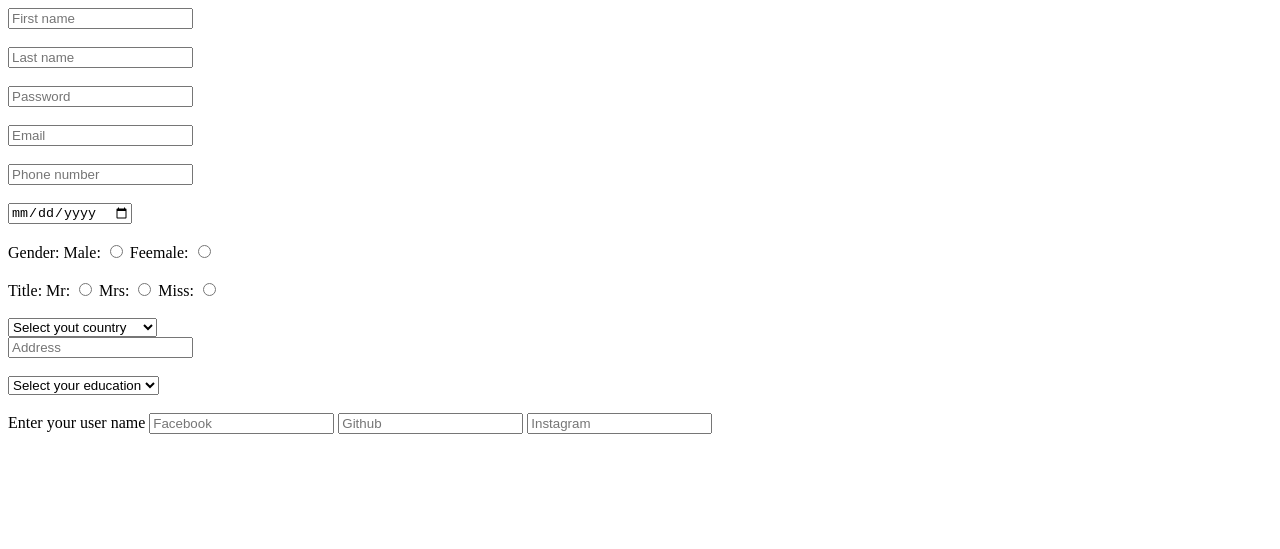
Repository: Haakim19/web-dev
Page: http://localhost/form2/index.php
These files come from the project's save history. The page is drawn as it stood at one moment and after the next save; the edit follows.
The browser window is 1280 px wide. The pictures show the whole page.
The page is run by PHP 8.4 with error messages shown; the project is at /var/www/html/.

Above is the page before, as saved 2024-06-06 18:39:24.

After the next save:
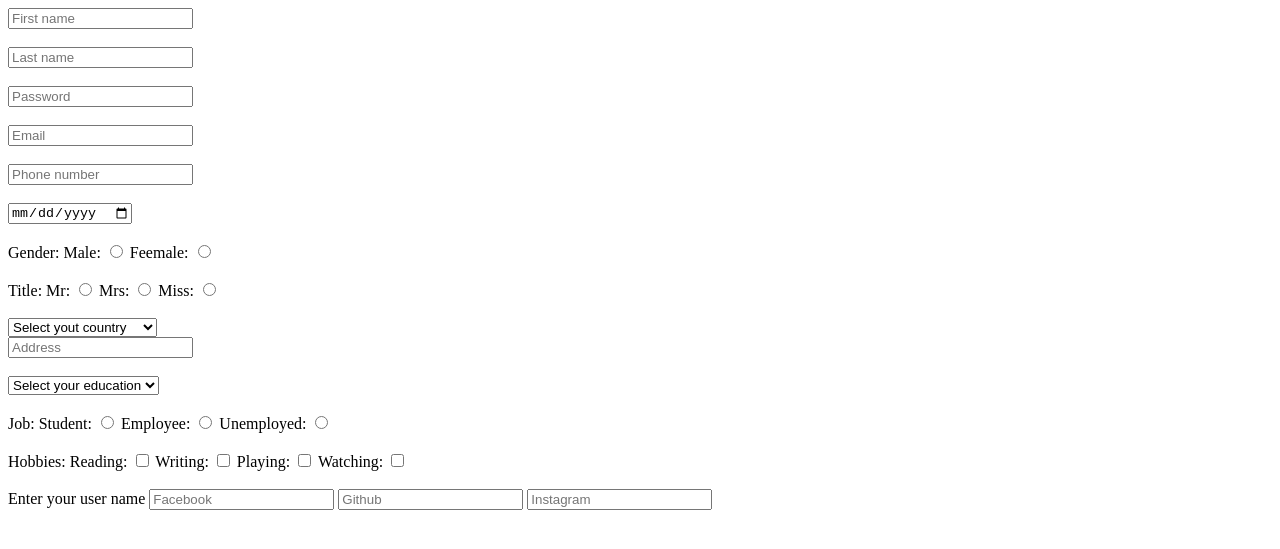
Saved 36 s later.
--- a/form2/index.php
+++ b/form2/index.php
@@ -79,7 +79,7 @@
                     <option value="uk">Unaited kingdom</option>
                     <option value="usa">USA</option>
                 </select>
-                <br>
+
                 <div>
                     <input type="text" id="address" placeholder="Address">
                 </div>
@@ -97,6 +97,28 @@
                     </select>
                 </div>
                 <br>
+                <div>
+                    <label for="job">Job:</label>
+                    <label> Student:</label>
+                    <input type="radio" id="student" name="job" value="student">
+                    <label> Employee:</label>
+                    <input type="radio" id="employee" name="job" value="employee">
+                    <label> Unemployed:</label>
+                    <input type="radio" id="unemployed" name="job" value="unemployed">
+                </div>
+                <br>
+                <div>
+                    <label for="hobbies">Hobbies:</label>
+                    <label> Reading:</label>
+                    <input type="checkbox" id="reading" name="hobbies" value="reading">
+                    <label> Writing:</label>
+                    <input type="checkbox" id="writing" name="hobbies" value="writing">
+                    <label> Playing:</label>
+                    <input type="checkbox" id="playing" name="hobbies" value="playing">
+                    <label> Watching:</label>
+                    <input type="checkbox" id="watching" name="hobbies" value="watching">
+                </div>
+                <br>
                 <div class="username">
                     <label for="username">Enter your user name</label>
                     <input type="text" id="facebook" placeholder="Facebook">
